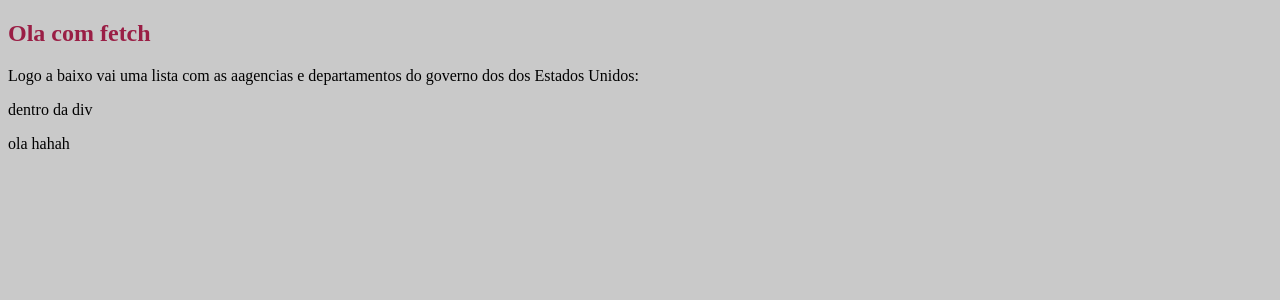
Repository: gustavo-eng/usaJobs
Page: index.html
The author's editor kept a copy of each file at every save. The page is drawn from the files as they stood at one save, then again after the next save.
The browser window is 1280 px wide. The pictures show the whole page.
The page's requests for data from a server got no answer.

Above is the page before, as saved 2023-01-08 16:30:24.

### index.html
<!DOCTYPE html>
<html lang="en">
<head>
    <meta charset="UTF-8">
    <meta http-equiv="X-UA-Compatible" content="IE=edge">
    <meta name="viewport" content="width=device-width, initial-scale=1.0">
    <link rel="stylesheet" href="./index.css">
    <title>FrontEnd</title>
</head>
<body>
    <h2>Ola com fetch</h2>
    <p>Logo a baixo vai uma lista com as aagencias e departamentos do governo dos
        dos Estados Unidos:
    </p>
    <div>

    </div>
    <script>
        let a = []
        fetch('https://data.usajobs.gov/api/codelist/agencysubelements')
            .then(res => res.json())
            .then((dados) =>  {
                const a = dados.CodeList[0].ValidValue
                return console.log(dados.CodeList[0].ValidValue)
            })




        document.querySelector('div').innerHTML = 'dentro da div '
        const paragrafo = document.createElement("p")
        paragrafo.innerText = 'ola hahah'
        document.body.appendChild(paragrafo)






    </script>
</body>
</html>

### index.css
h2, h1  {
    color: rgb(154, 30, 69);
}

body {
    background-color: rgb(201, 201, 201);
}

After the next save:
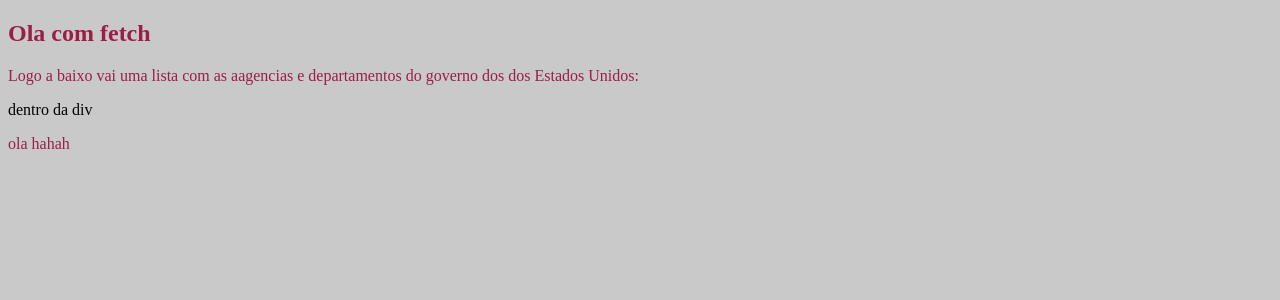
Saved 11 s later.
--- a/index.css
+++ b/index.css
@@ -1,4 +1,4 @@
-h2, h1  {
+h2, p  {
     color: rgb(154, 30, 69);
 }
 
